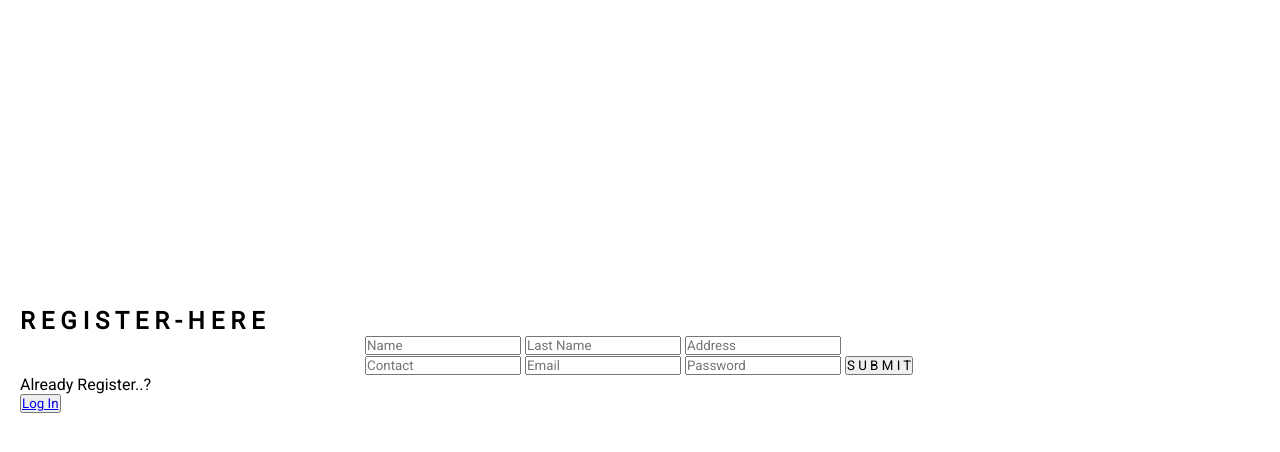
Repository: Krushna26nk/WebApplication
Page: http://localhost/Application/
An editor plug-in stored every save of this project. The page is shown before and after the next save, followed by the edit.
The browser window is 1280 px wide. The pictures show the whole page.
The page is served by Tomcat 9. Other server files are loaded and not shown.

Above is the page before, as saved 2019-05-31 13:12:40.

### web/Application/WebContent/RegisterData.jsp
<%@ page language="java" contentType="text/html; charset=UTF-8"
    pageEncoding="UTF-8"%>
<!DOCTYPE html PUBLIC "-//W3C//DTD HTML 4.01 Transitional//EN" "http://www.w3.org/TR/html4/loose.dtd">
<html>
<head>
<meta http-equiv="Content-Type" content="text/html; charset=UTF-8">
<link rel="stylesheet" type="text/css" href="Style.css">
<title>Insert title here</title>
</head>
<body bg="blur.jpg">
<div class="regDiv">
	<h2> R E G I S T E R - H E R E </h2>
<div class="formDiv">
	<form class="form" action="Registration" style="align:middle;">
				 <div class="inputFields">

					  	<input type="text" id="firstName" placeholder="Name" name="uname">

				 	  	<input type="text" id="lastName" placeholder="Last Name" name="lname">

				  	   	<input type="text" id="userAddress" placeholder="Address" name="address">

				  		<input type="number" id="contactNo" placeholder="Contact" name="contact">

				  		<input type="email" id="emailId" placeholder="Email" name="email">

				  		<input type="password" id="userPassword" placeholder="Password" name="pass">


		 	<input type="submit" value="S U B M I T">
		 </div>
	</form>
</div>
		<p> Already Register..?  </p>
		<button type="button"><a href="Login.jsp"> Log In </a></button>

</div>


<script type="text/javascript">
	var userFName = document.getElementById("firstName");
	var userLName = document.getElementById("lastName");
	var userAddr = document.getElementById("userAddress");
	var contct = document.getElementById("contactNo");
	var emailId = document.getElementById("emailId");
	var userPass = document.getElementById("userPassword");
</script>


</body>
</html>

### web/Application/WebContent/Style.css
@CHARSET "UTF-8";
@import url('https://fonts.googleapis.com/css?family=Roboto');
*{
	margin:0;
	padding:0;
	box-sizing: border-box;
	outline:none;
	font-family: 'Roboto', sans-serif;
}

.regDiv{
	position:absolute;
	top:50%;
	transform:translateY(-50%);
	width:100%;
	padding:0px 20px;

}
.formDiv{
	max-width:550px;
	margin:0 auto;
}

After the next save:
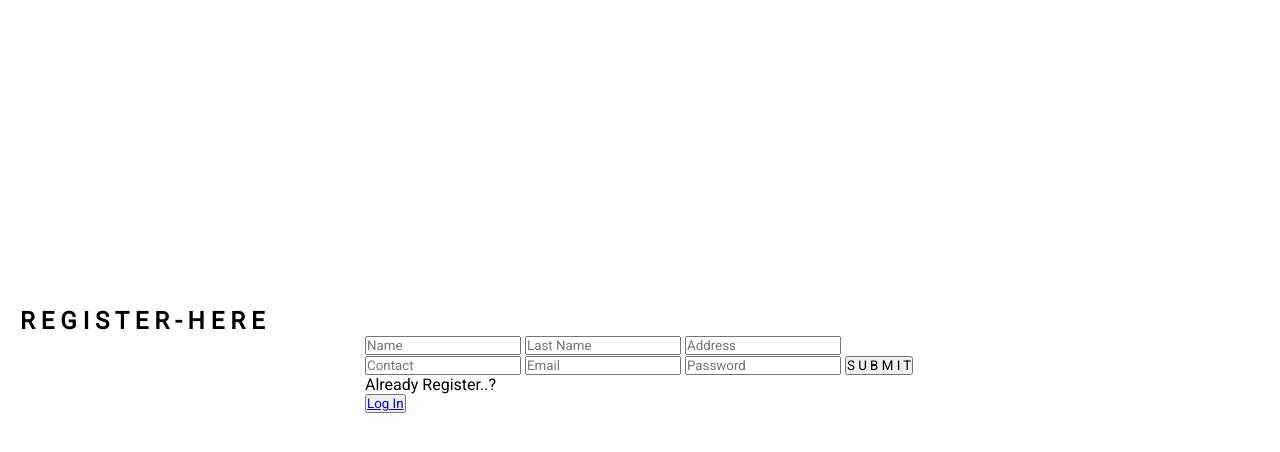
Saved 44 s later.
--- a/web/Application/WebContent/RegisterData.jsp
+++ b/web/Application/WebContent/RegisterData.jsp
@@ -30,9 +30,10 @@
 		 	<input type="submit" value="S U B M I T">
 		 </div>
 	</form>
+	<p> Already Register..?  </p>
+		<button type="button"><a href="Login.jsp"> Log In </a></button>
+
 </div>
-		<p> Already Register..?  </p>
-		<button type="button"><a href="Login.jsp"> Log In </a></button>
 
 </div>
 
